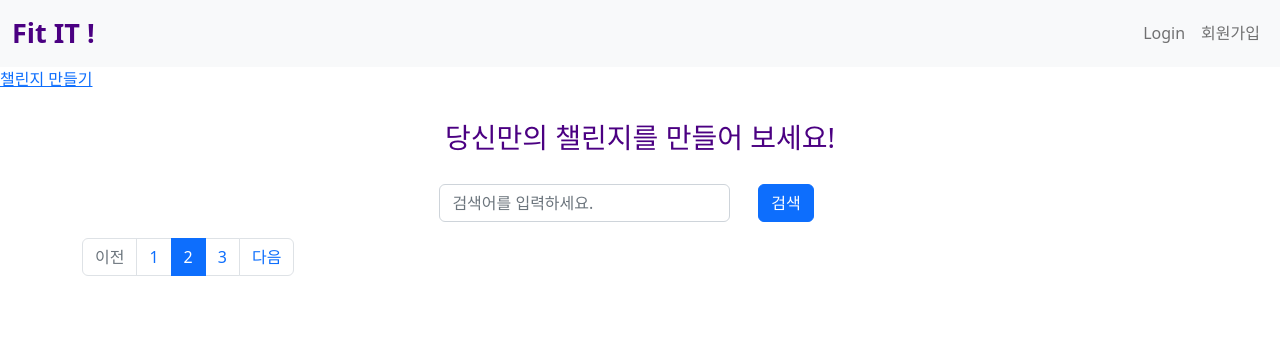
Repository: 4everGirls/Fit-IT-FRONT
Page: /makeChallenge (app in FrontEnd/fit-it/)
The author's editor kept a copy of each file at every save. The page is drawn from the files as they stood at one save, then again after a run of saves.
The browser window is 1280 px wide. The pictures show the whole page.
The project was rebuilt for these pictures with package versions that can differ from the ones it lists, and the page was loaded fresh each time. Also part of the build but not shown: FrontEnd/fit-it/vue.config.js, FrontEnd/fit-it/src/views/HomeView.vue, FrontEnd/fit-it/src/components/user/RegistUser.vue, FrontEnd/fit-it/src/components/user/LoginUser.vue.

Above is the page before, as saved 2022-11-20 12:45:34.

After the next 2 saves:
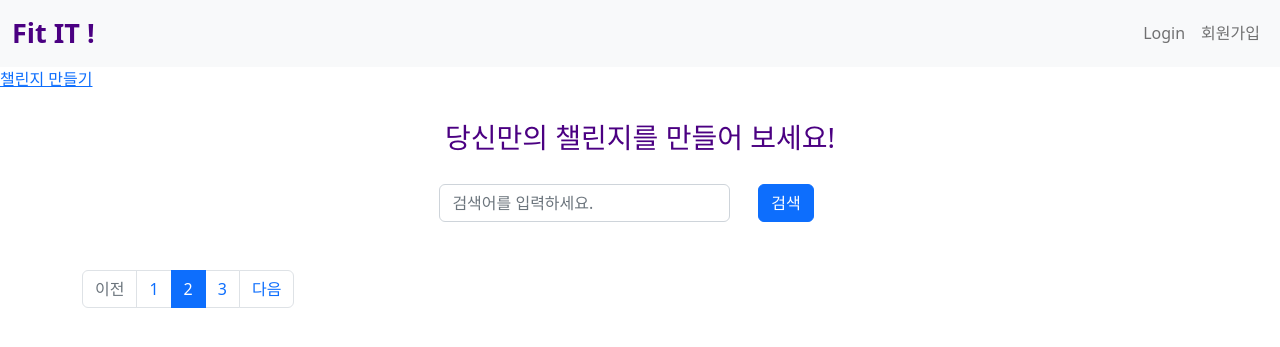
The 2 saves are shown as one change because 1 did not build or start.
The last was saved 13 s later.
--- a/FrontEnd/fit-it/src/components/challenge/MakeChallenge/SearchVideo.vue
+++ b/FrontEnd/fit-it/src/components/challenge/MakeChallenge/SearchVideo.vue
@@ -1,6 +1,6 @@
 <template>
   <div class="container">
-    <div class="flex-container mb-3">
+    <div class="flex-container mb-5">
       <div class="flex-item">
         <h3 class="title">당신만의 챌린지를 만들어 보세요!</h3>
       </div>
